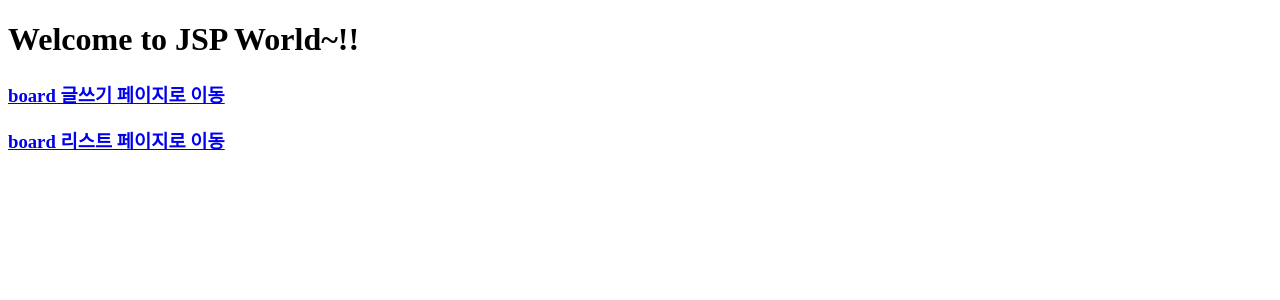
Repository: dtkd19/jsp-jstl_241022
Page: http://localhost/jsp_study/
The author's editor kept a copy of each file at every save. The page is drawn from the files as they stood at one save, then again after the next save.
The browser window is 1280 px wide. The pictures show the whole page.
The page is served by Tomcat 9. Other server files are loaded and not shown.

Above is the page before, as saved 2024-10-25 01:49:46.

### jsp_study/src/main/webapp/index.jsp
<%@ page language="java" contentType="text/html; charset=UTF-8"
    pageEncoding="UTF-8"%>
<!DOCTYPE html>
<html>
<head>
<meta charset="UTF-8">
<title>Insert title here</title>
</head>
<body>
	<h1>Welcome to JSP World~!!</h1>
	<!-- jsp의 모든경로는 controller로 이동하게 해야함. -->
	<h3><a href="/brd/register">board 글쓰기 페이지로 이동</a></h3>
	<h3><a href="/brd/list">board 리스트 페이지로 이동</a></h3>

</body>
</html>

After the next save:
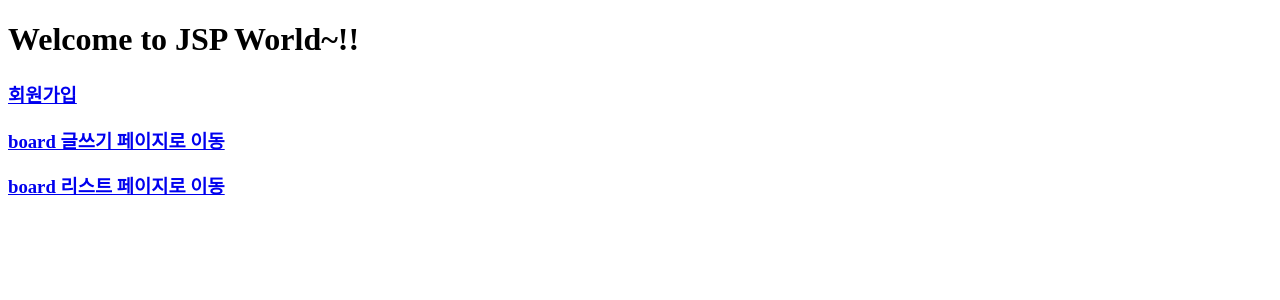
Saved 46 s later.
--- a/jsp_study/src/main/webapp/index.jsp
+++ b/jsp_study/src/main/webapp/index.jsp
@@ -8,6 +8,8 @@
 </head>
 <body>
 	<h1>Welcome to JSP World~!!</h1>
+	<h3><a href="/mem/jojn">회원가입</a></h3>
+
 	<!-- jsp의 모든경로는 controller로 이동하게 해야함. -->
 	<h3><a href="/brd/register">board 글쓰기 페이지로 이동</a></h3>
 	<h3><a href="/brd/list">board 리스트 페이지로 이동</a></h3>
